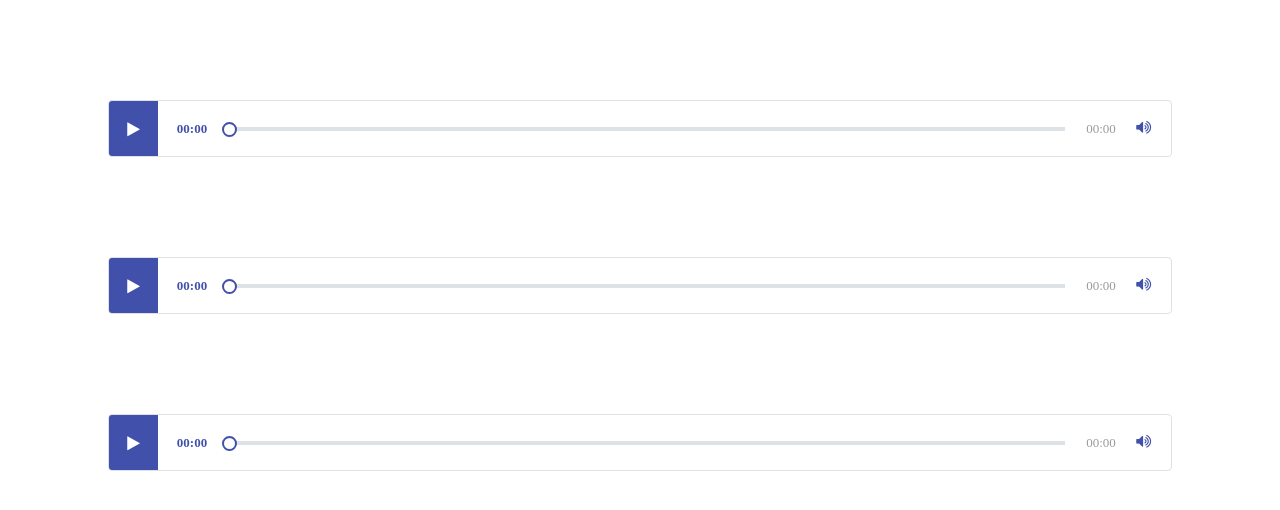
Repository: mitzbarbie/-jQuery-AudioPlayer-plugin
Page: index.html
An editor plug-in stored every save of this project. The page is shown before and after the next save, followed by the edit.
The browser window is 1280 px wide. The pictures show the whole page.

Above is the page before, as saved 2021-11-26 15:47:06.

### index.html
<!DOCTYPE html>
<html lang="en">
  <head>
    <meta charset="UTF-8" />
    <meta http-equiv="X-UA-Compatible" content="IE=edge" />
    <meta name="viewport" content="width=device-width, initial-scale=1.0" />
    <title>Document</title>
    <link rel="stylesheet" href="style.css" />
    <link
      rel="stylesheet"
      href="https://cdnjs.cloudflare.com/ajax/libs/font-awesome/4.7.0/css/font-awesome.min.css"
    />
    <script
      src="https://code.jquery.com/jquery-3.6.0.min.js"
      integrity="sha256-/xUj+3OJU5yExlq6GSYGSHk7tPXikynS7ogEvDej/m4="
      crossorigin="anonymous"
    ></script>
  </head>
  <body>
    <div class="audio" style="margin: 100px"></div>
    <div class="audio2" style="margin: 100px"></div>
    <div class="audio3" style="margin: 100px"></div>

    <script>
      $(document).ready(function () {
        $(".audio").audioPlayerUtils({
          songs: ["audioEx1.mp3"],
        });

        $(".audio2").audioPlayerUtils({
          songs: ["audioEx2.mp3"],
        });

        $(".audio3").audioPlayerUtils({
          songs: ["audioEx3.mp3"],
        });
      });
    </script>

    <script src="audioPlayer.js"></script>
  </body>
</html>

### style.css
.audioPlayer {
  display: flex;
  flex-direction: row;
  box-sizing: border-box;
  width: 100%;
  align-items: center;
  border: 1px solid #dde2e6;
  border-radius: 4px;
  background: #fff;
}

#playPauseBtn {
  display: flex;
  justify-content: center;
  align-items: center;
  width: 49px;
  height: 55px;
  border-radius: 3px 0 0 3px;
  background: #4050ab;
  cursor: pointer;
}

.pausing {
  vertical-align: center;
  background-color: #fff;
  justify-content: center;
  align-items: center;
  width: 45px;
  height: 51px;
  border-radius: 4px 0 0 4px;
  cursor: pointer;
  border: 2px solid #4050ab;
}

.pausing::before {
  display: flex;
  justify-content: center;
  align-items: center;
  margin-top: 17px;
}

.startTime {
  display: flex;
  margin-left: 14px;
  width: 40px;
  justify-content: center;
  font-size: 13px;
  font-weight: 700;
  color: #4050ab;
}

.endTime {
  display: flex;
  width: 40px;
}

#mainBar {
  background: #dde2e6;
  width: 100%;
  height: 4px;
  margin: 15px 15px;
  flex-basis: 0;
  flex-grow: 1;
  position: relative;
  border-radius: px;
  cursor: pointer;
}

#progressBar {
  background: #4050ab;
  height: 4px;
  width: 0px;
  cursor: pointer;
}

#play-head {
  display: flex;
  position: absolute;
  box-sizing: border-box;
  top: -5px;
  left: -5px;
  width: 15px;
  height: 15px;
  background: #fff;
  border: 2px solid #4050ab;
  cursor: pointer;
  border-radius: 50%;
}

.endTime {
  margin-left: 6px;
  margin-right: 10px;
  font-weight: 500;
  font-size: 13px;
  color: #999;
}

#volumeBtn {
  margin-right: 15px;
  margin-bottom: 2px;
  cursor: pointer;
}

#volumeBtn {
  margin-right: 20px;
}

### audioPlayer.js
(function ($, window, document, undefined) {
  $.fn.audioPlayerUtils = function (options) {
    var settings = $.extend({}, options);

    return this.each(function () {
      // developed an initial value of first building on page for HTML DOM init
      var htmlInit =
        '<div class="audioPlayer">\
            <a id="playPauseBtn">\
              <i class="fa fa-play playing" aria-hidden="true" style="color: #fff"></i>\
              <i class="fa fa-pause pausing" aria-hidden="true" style="display: none; color: #4050ab"></i>\
            </a>\
            <div class="startTime">00:00</div>\
            <div id="mainBar">\
              <div id="progressBar">\
                <div id="play-head"></div>\
              </div>\
            </div>\
            <div class="endTime">00:00</div>\
            <a id="volumeBtn">\
              <i class="fa fa-volume-up volume" style="color: #4050ab" aria-hidden="true" ></i>\
              <i class="fa fa-volume-off muting" aria-hidden="true" style="display: none; color: #fd4f1a; margin-right: 8px"></i>\
            </a>\
            <audio id="audioSource" class="audioSource">\
              <source src="" type="audio/mpeg" />\
            </audio>\
          </div>';

      var $this = $(this);
      $this.append(htmlInit);

      var $playPauseBtn = $this.find("#playPauseBtn"),
        $playBtn = $this.find(".playing"),
        $pauseBtn = $this.find(".pausing"),
        $startTime = $this.find(".startTime"),
        $endTime = $this.find(".endTime"),
        $mainBar = $this.find("#mainBar"),
        $progressBar = $this.find("#progressBar"),
        $playHead = $this.find("#play-head"),
        $volumeBtn = $this.find("#volumeBtn"),
        $muteBtn = $this.find(".volume"),
        $unmuteBtn = $this.find(".muting"),
        $audioSource = $this.find("#audioSource")[0];

      $audioSource.src = settings.songs[0];

      var isPlaying = false;
      var audioPlayer, onPlayHead, playerId, mainbar, playHead, timelineWidth;

      playController();
      muteController();
      headBall();

      // Play & Pause Controller / create event using by bind function
      function playController() {
        audioPlayer = $audioSource;
        audioPlayer.addEventListener("timeupdate", progressShow);
        audioPlayer.addEventListener("timeupdate", timeValue);
        $playPauseBtn.bind("click", function (event) {
          if (isPlaying) {
            $audioSource.pause();
            $playBtn.show();
            $pauseBtn.hide();
          } else {
            $audioSource.play();
            $playBtn.hide();
            $pauseBtn.show();
          }

          isPlaying = !isPlaying;
        });
      }

      // Mute & Unmute Controller / create event using by bind function
      function muteController() {
        $volumeBtn.bind("click", function (event) {
          if ($audioSource.muted) {
            $muteBtn.show();
            $unmuteBtn.hide();
          } else {
            $muteBtn.hide();
            $unmuteBtn.show();
          }

          $audioSource.muted = !$audioSource.muted;
        });
      }

      // Calculate current value of time and total value of length
      function calculateCurrentValue(currentTime) {
        var current_hour = parseInt(currentTime / 3600) % 24,
          current_minute = parseInt(currentTime / 60) % 60,
          current_seconds_long = currentTime % 60,
          current_seconds = current_seconds_long.toFixed(),
          current_time =
            (current_minute < 10 ? "0" + current_minute : current_minute) +
            ":" +
            (current_seconds < 10 ? "0" + current_seconds : current_seconds);

        return current_time;
      }

      function calculateTotalValue(length) {
        var minutes = parseInt(Math.floor(length / 60));
        if (isNaN(minutes)) {
          minutes = "00";
        }
        var seconds_int = parseInt(length - minutes * 60);
        if (isNaN(seconds_int)) {
          seconds_int = "00";
        }
        if (seconds_int < 10) {
          seconds_int = "0" + seconds_int;
        }
        var seconds_str = seconds_int.toString();
        var seconds = seconds_str.substr(0, 2);
        var time = minutes + ":" + seconds;

        return time;
      }

      // Calculate the audio live time value (start & end-time)
      function timeValue() {
        var length = audioPlayer.duration;
        var current_time = audioPlayer.currentTime;
        var currentTime = calculateCurrentValue(current_time);
        $startTime.html(currentTime);

        var totalLength = calculateTotalValue(length);
        $endTime.html(totalLength);
      }

      // Calculate the distance of progress-bar duration
      function progressShow() {
        var length = audioPlayer.duration;
        var current_time = audioPlayer.currentTime;

        var progressBar = $progressBar[0];
        var width = $mainBar.width();
        var size = width * (current_time / length);
        progressBar.style.width = size + "px";

        var playhead = $playHead[0];
        playhead.style.marginLeft = width * (current_time / length) + "px";
      }

      // Progress-bar / timeline (loading) & playhead
      function headBall() {
        onPlayHead = null;
        playerId = null;
        mainbar = $mainBar[0];
        playHead = $playHead[0];
        timelineWidth = mainbar.clientWidth - playHead.clientHeight;

        mainbar.addEventListener("click", seek);
        playHead.addEventListener("mousedown", drag);
        document.addEventListener("mouseup", mouseUp);
      }

      function seek(event) {
        var player = $audioSource;
        player.currentTime =
          player.duration * clickPercent(event, mainbar, timelineWidth);
      }

      function clickPercent(event, mainbar, timelineWidth) {
        return (event.clientX - getPosition(mainbar)) / timelineWidth;
      }

      function getPosition(el) {
        return el.getBoundingClientRect().left;
      }

      // Drag and drag options
      function drag(e) {
        var player = document.getElementById(playerId);
        audioPlayer.addEventListener("timeupdate", progressShow);
        audioPlayer.addEventListener("timeupdate", timeValue);
        onPlayHead = $(this).attr("id");
        playerId = $(this).find("audio").attr("class", "id");
        window.addEventListener("mousemove", dragOpts);
        player.addEventListener("timeupdate", timeUpdate);
      }

      function dragOpts(e) {
        var progressBar = $progressBar[0];
        var newMargLeft = e.clientX - getPosition(mainbar);

        if (newMargLeft >= 0 && newMargLeft <= timelineWidth) {
          playHead.style.marginLeft = newMargLeft + "px";
          progressBar.style.width = newMargLeft + "px";
        }
        if (newMargLeft < 0) {
          playHead.style.marginLeft = "0px";
          progressBar.style.width = "0px";
        }
        if (newMargLeft > timelineWidth) {
          playHead.style.marginLeft = timelineWidth + "px";
          progressBar.style.width = timelineWidth + "px";
        }
      }

      // Click (mouse-up & down) on progress-bar
      function mouseUp(e) {
        if (onPlayHead != null) {
          var player = document.getElementById(playerId);
          window.removeEventListener("mousemove", dragOpts);
          player.currentTime =
            player.duration * clickPercent(e, mainbar, timelineWidth);
          audioPlayer.addEventListener("timeupdate", progressShow);
          audioPlayer.addEventListener("timeupdate", timeValue);

          player.addEventListener("timeupdate", timeUpdate);
        }
        onPlayHead = null;
      }

      // Time update after/before drag or click event
      function timeUpdate() {
        var audioSource = document.getElementById(onPlayHead);
        var player = document.getElementById(playerId);
        var playPercent =
          timelineWidth * (player.currentTime / player.duration);
        audioSource.style.marginLeft = playPercent + "px";

        if (player.currentTime == player.duration) {
          player.pause();
        }
      }
    });
  };
})(jQuery, window, document);

After the next save:
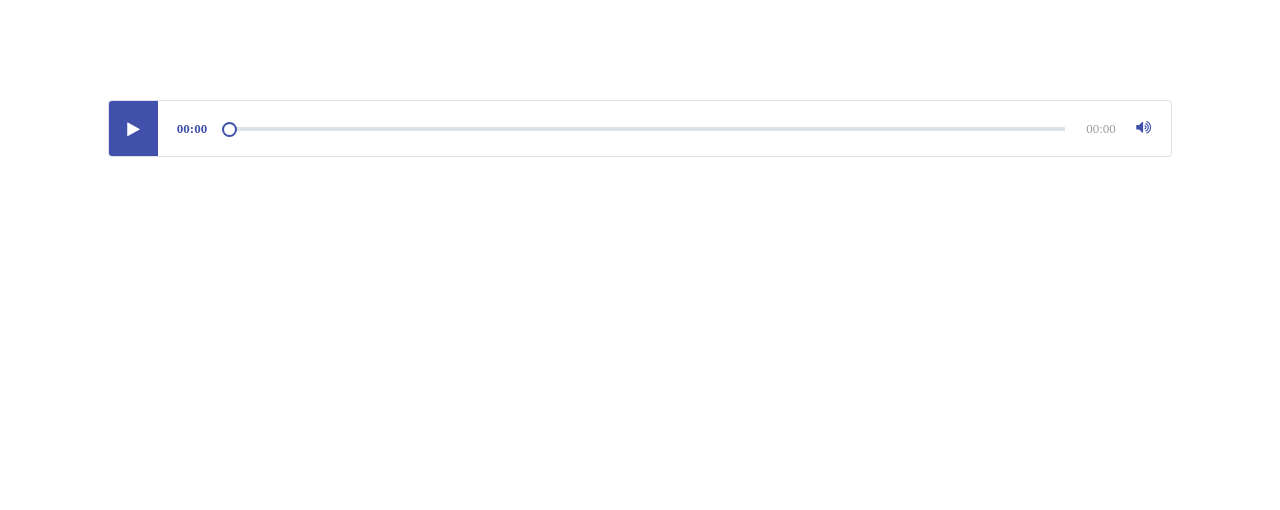
Console error: TypeError: Cannot read properties of undefined (reading 'clientHeight')
Saved 11 min 32 s later.
--- a/audioPlayer.js
+++ b/audioPlayer.js
@@ -134,7 +134,6 @@
       function progressShow() {
         var length = audioPlayer.duration;
         var current_time = audioPlayer.currentTime;
-
         var progressBar = $progressBar[0];
         var width = $mainBar.width();
         var size = width * (current_time / length);
@@ -149,7 +148,7 @@
         onPlayHead = null;
         playerId = null;
         mainbar = $mainBar[0];
-        playHead = $playHead[0];
+        progressBar = $progressBar[0];
         timelineWidth = mainbar.clientWidth - playHead.clientHeight;
 
         mainbar.addEventListener("click", seek);

After the 2 saves that followed:
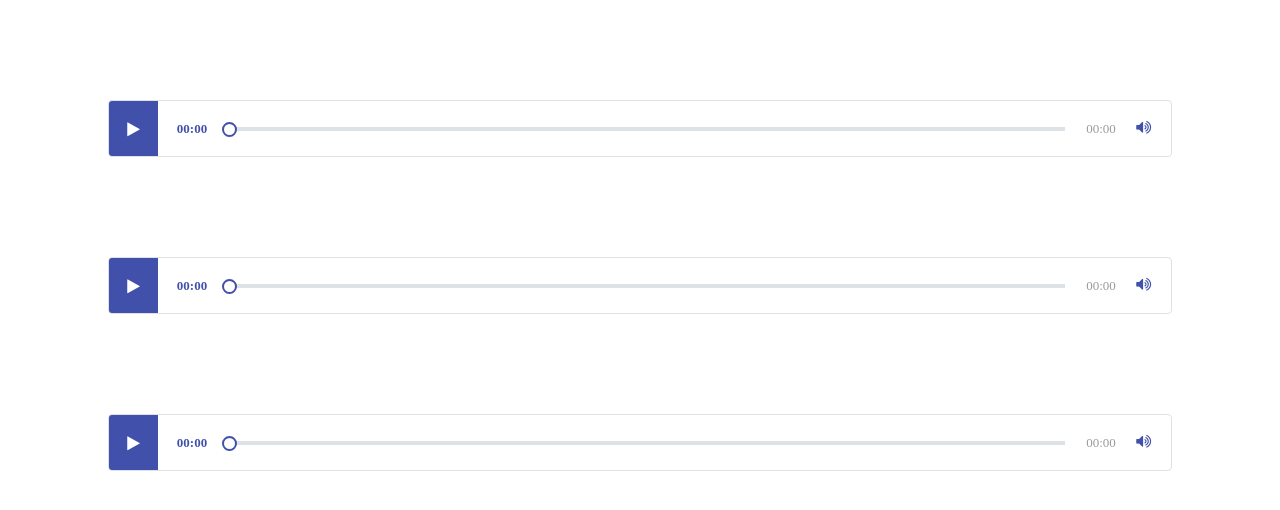
The error is gone.
The 2 saves are shown as one change because 1 left the picture as it was.
The last was saved 35 s later.
--- a/audioPlayer.js
+++ b/audioPlayer.js
@@ -148,7 +148,7 @@
         onPlayHead = null;
         playerId = null;
         mainbar = $mainBar[0];
-        progressBar = $progressBar[0];
+        playHead = $playHead[0];
         timelineWidth = mainbar.clientWidth - playHead.clientHeight;
 
         mainbar.addEventListener("click", seek);
